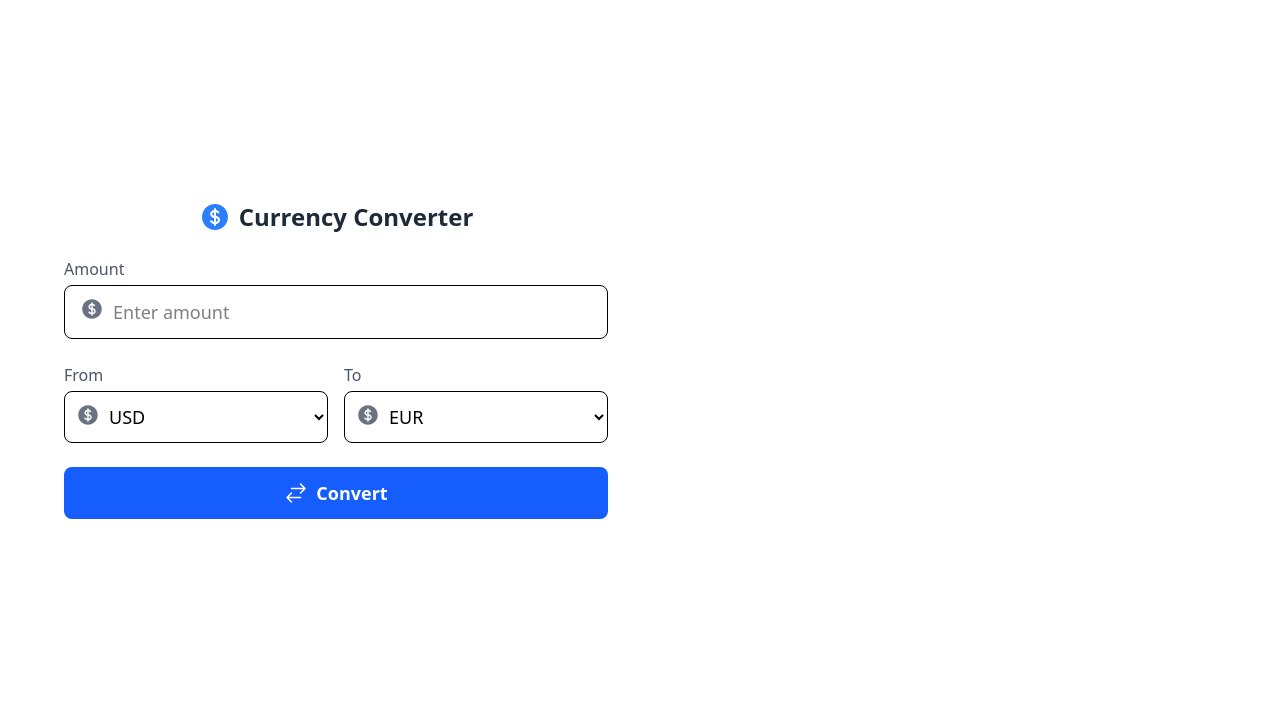
Repository: adrcstro/withcenter_developer_exam
Page: /
The author's editor kept a copy of each file at every save. The page is drawn from the files as they stood at one save, then again after the next save.
The browser window is 1280 px wide. The pictures show the whole page.
The page's requests for data from a server got no answer. The project was rebuilt for these pictures with package versions that can differ from the ones it lists, and the page was loaded fresh each time. No one was signed in, and anything a server would have sent is missing. Also part of the build but not shown: vite.config.ts.

Above is the page before, as saved 2025-03-17 07:39:53.

After the next save:
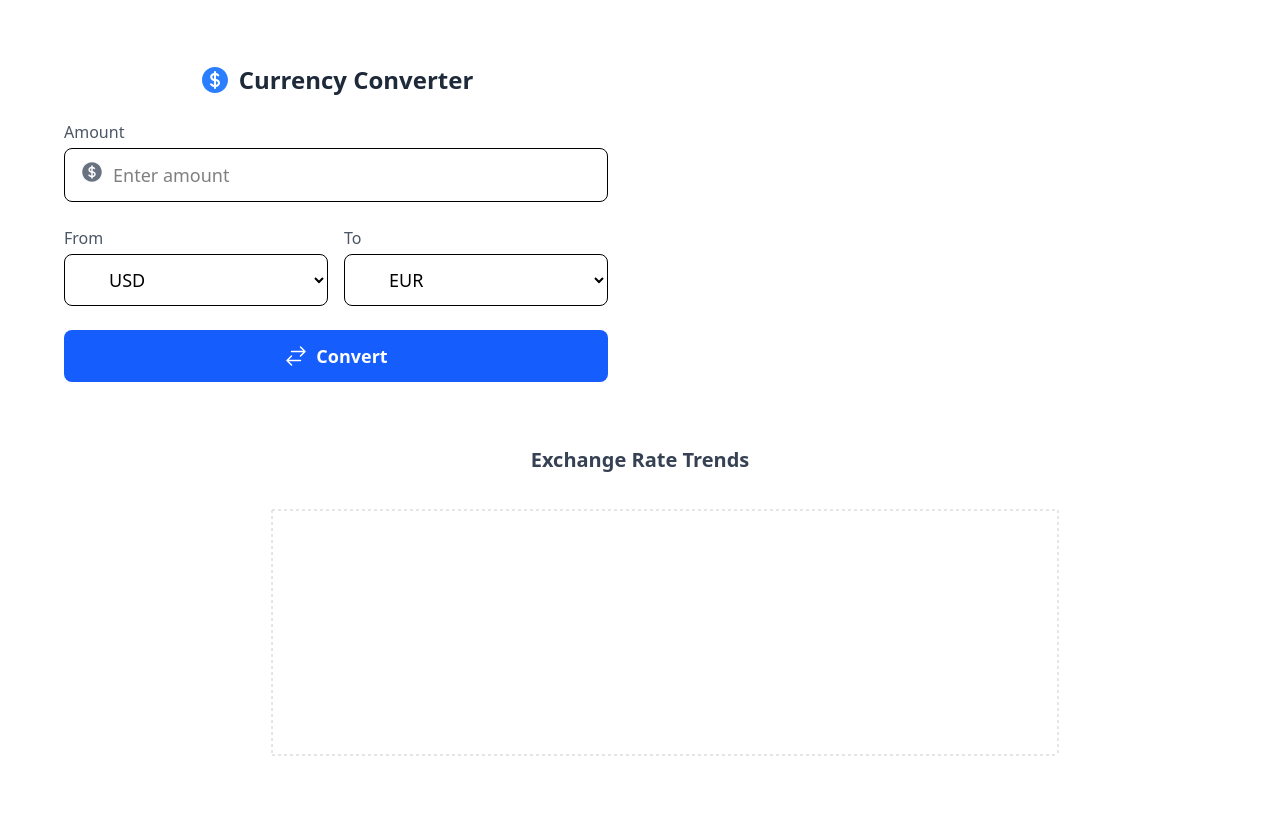
Saved 7 min 5 s later.
--- a/src/App.tsx
+++ b/src/App.tsx
@@ -1,10 +1,9 @@
 // src/App.tsx
-import { useState } from "react";
 import { Provider } from "react-redux";
 import { QueryClient, QueryClientProvider } from "@tanstack/react-query";
 import { store } from "./Store/store";
 import { useAppDispatch, useAppSelector } from "./Store/hooks";
-import { setAmount, setFromCurrency, setToCurrency, setConvertedAmount } from "./store/exchangeRateSlice";
+import { setAmount, setFromCurrency, setToCurrency, setConvertedAmount } from "./Store/exchangeRateSlice";
 import { useExchangeRates } from "./Store/useExchangeRates";
 import { ArrowsRightLeftIcon, CurrencyDollarIcon } from "@heroicons/react/24/solid";
 import { AreaChart, Area, XAxis, YAxis, CartesianGrid, Tooltip, ResponsiveContainer } from "recharts";
@@ -23,10 +22,12 @@ function CurrencyConverter() {
     dispatch(setConvertedAmount((parseFloat(amount) * rate).toFixed(2)));
   };
 
+  const chartData = exchangeRates ?
+    Object.entries(exchangeRates).map(([currency, rate]) => ({ currency, rate })) : [];
+
   return (
     <div className="flex flex-col items-center justify-center min-h-screen bg-white p-8">
       <div className="flex flex-row gap-8 w-full max-w-[1800px]">
-        {/* Currency Converter */}
         <div className="bg-white rounded-xl p-8 w-1/2">
           <h2 className="text-2xl font-bold text-gray-800 text-center mb-6 flex items-center justify-center gap-2">
             <CurrencyDollarIcon className="w-8 h-8 text-blue-500" />
@@ -50,38 +51,27 @@ function CurrencyConverter() {
           <div className="flex gap-4 mb-6">
             <div className="w-1/2">
               <label className="block text-gray-600 text-base font-medium">From</label>
-              <div className="relative">
-                <select
-                  value={fromCurrency}
-                  onChange={(e) => dispatch(setFromCurrency(e.target.value))}
-                  className="w-full mt-1 pl-10 pr-4 py-3 border rounded-lg text-lg focus:outline-none focus:ring-2 focus:ring-blue-400"
-                >
-                  {currencies.map((currency) => (
-                    <option key={currency} value={currency}>
-                      {currency}
-                    </option>
-                  ))}
-                </select>
-                <CurrencyDollarIcon className="w-6 h-6 text-gray-500 absolute left-3 top-4" />
-              </div>
+              <select
+                value={fromCurrency}
+                onChange={(e) => dispatch(setFromCurrency(e.target.value))}
+                className="w-full mt-1 pl-10 pr-4 py-3 border rounded-lg text-lg focus:outline-none focus:ring-2 focus:ring-blue-400"
+              >
+                {currencies.map((currency) => (
+                  <option key={currency} value={currency}>{currency}</option>
+                ))}
+              </select>
             </div>
-
             <div className="w-1/2">
               <label className="block text-gray-600 text-base font-medium">To</label>
-              <div className="relative">
-                <select
-                  value={toCurrency}
-                  onChange={(e) => dispatch(setToCurrency(e.target.value))}
-                  className="w-full mt-1 pl-10 pr-4 py-3 border rounded-lg text-lg focus:outline-none focus:ring-2 focus:ring-blue-400"
-                >
-                  {currencies.map((currency) => (
-                    <option key={currency} value={currency}>
-                      {currency}
-                    </option>
-                  ))}
-                </select>
-                <CurrencyDollarIcon className="w-6 h-6 text-gray-500 absolute left-3 top-4" />
-              </div>
+              <select
+                value={toCurrency}
+                onChange={(e) => dispatch(setToCurrency(e.target.value))}
+                className="w-full mt-1 pl-10 pr-4 py-3 border rounded-lg text-lg focus:outline-none focus:ring-2 focus:ring-blue-400"
+              >
+                {currencies.map((currency) => (
+                  <option key={currency} value={currency}>{currency}</option>
+                ))}
+              </select>
             </div>
           </div>
 
@@ -102,6 +92,20 @@ function CurrencyConverter() {
           )}
         </div>
       </div>
+
+      {/* Chart Section */}
+      <div className="w-full max-w-4xl mt-8">
+        <h2 className="text-xl font-semibold text-gray-700 text-center mb-4">Exchange Rate Trends</h2>
+        <ResponsiveContainer width="100%" height={300}>
+          <AreaChart data={chartData} margin={{ top: 20, right: 30, left: 20, bottom: 5 }}>
+            <CartesianGrid strokeDasharray="3 3" />
+            <XAxis dataKey="currency" />
+            <YAxis />
+            <Tooltip />
+            <Area type="monotone" dataKey="rate" stroke="#8884d8" fill="#8884d8" />
+          </AreaChart>
+        </ResponsiveContainer>
+      </div>
     </div>
   );
 }
